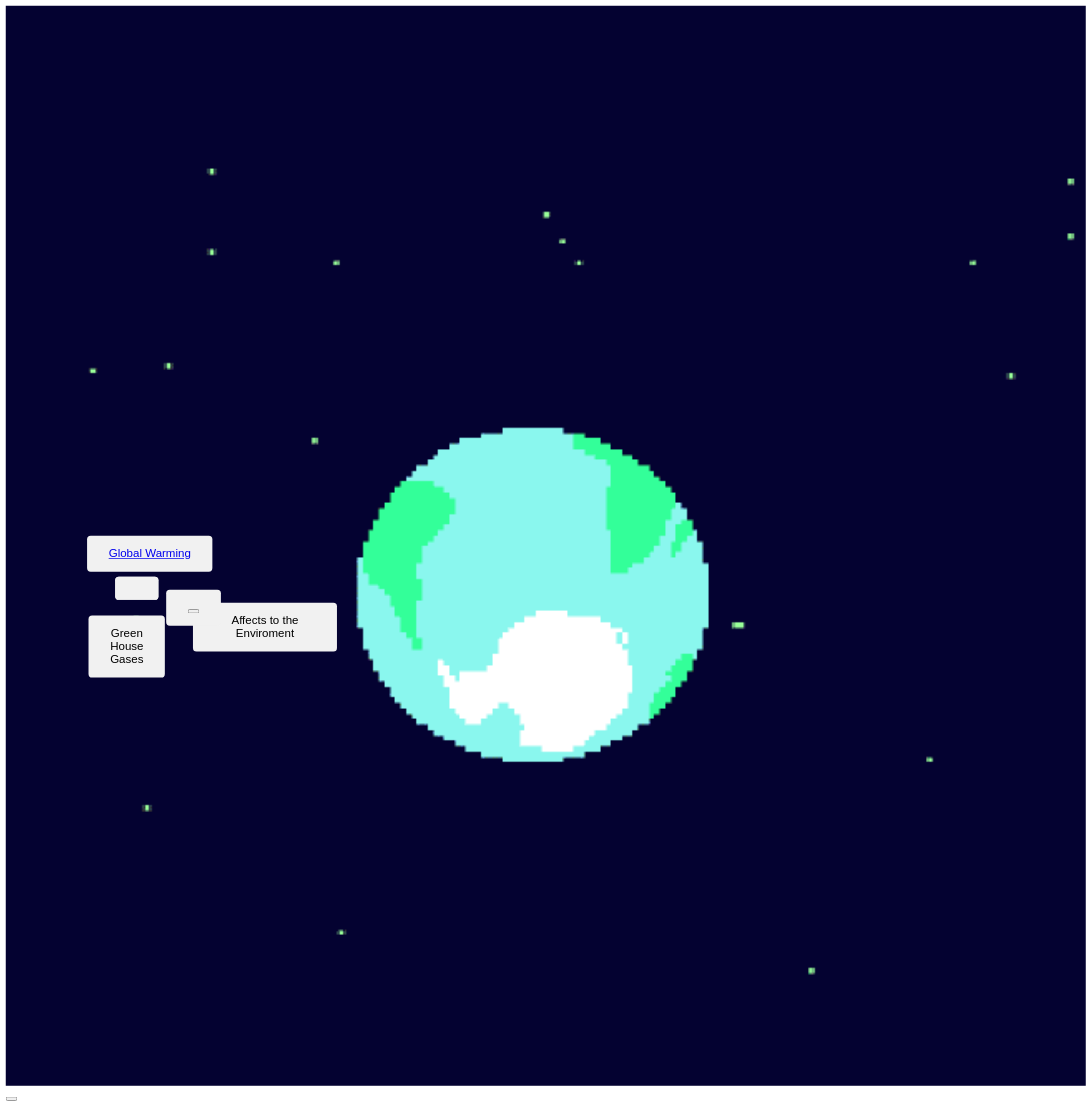
Repository: Alejandra-Pelayo/Alejandra-Pelayo.github.io
Page: 2.1.4/button_example.html
The author's editor kept a record of every edit. The page is drawn from the files as they stood at one moment, then again after the next edit.
The browser window is 1280 px wide. The page is 1508 px wide, so the pictures cover 1508 px, including what lies to the right of the window. The pictures show the whole page, at 72% of full size.

Above is the page before.

After the next edit:
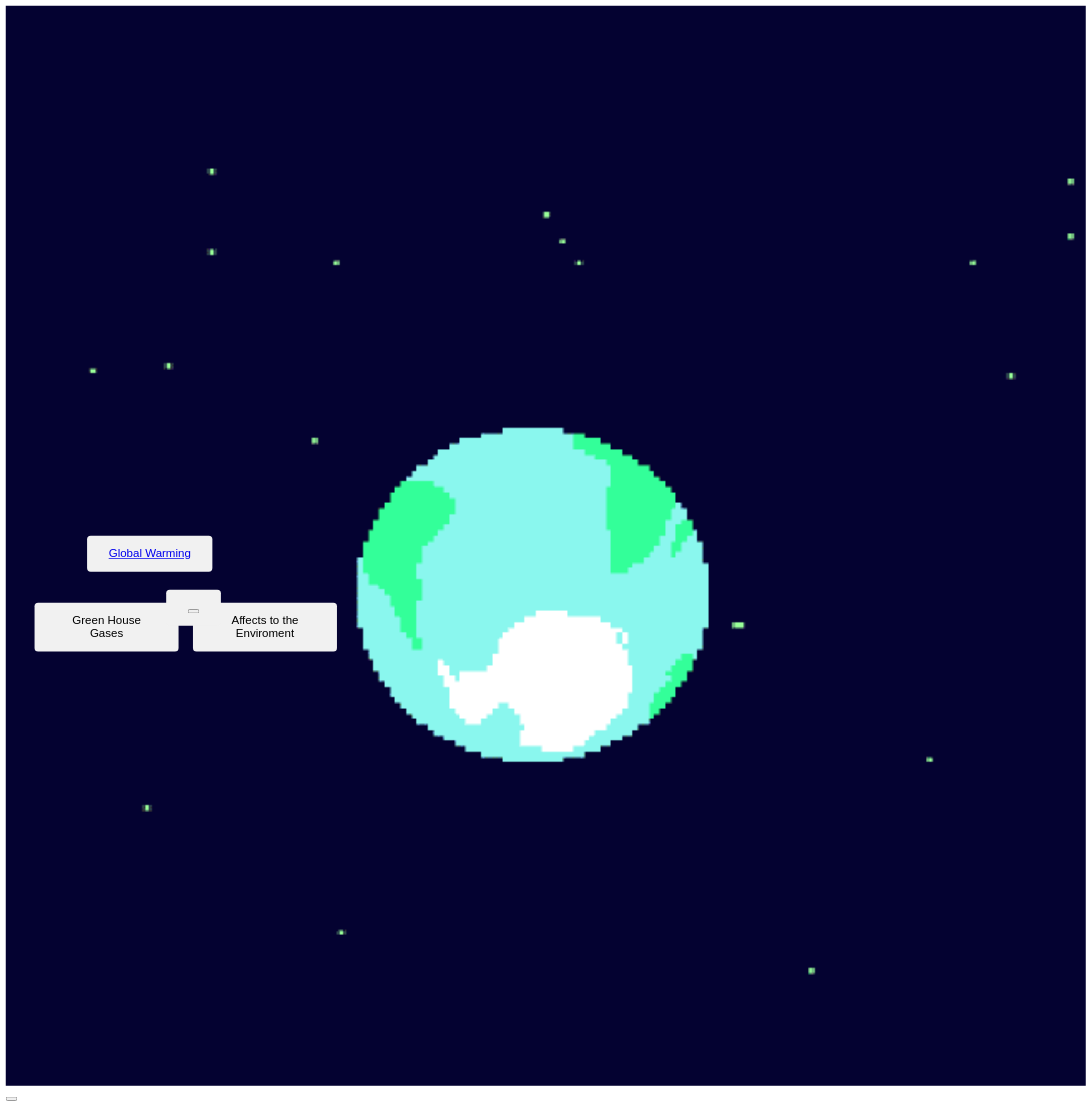
The edit:
--- a/2.1.4/button_example.html
+++ b/2.1.4/button_example.html
@@ -91,7 +91,7 @@
   <img src="world_gif.gif" alt="Computer Man" style="width:1500px;height 768px;">
 <a href="Enviromental.html">
   <button class="btn"> Global Warming<Button</button>
-<a fred = ""
+<a fred = "Green_House.html">
   <button class ="btn2"> Green House Gases <Button/button>
 <a ghkj = ""
   <button class ="btn3"> Affects to the Enviroment <Button/button>
